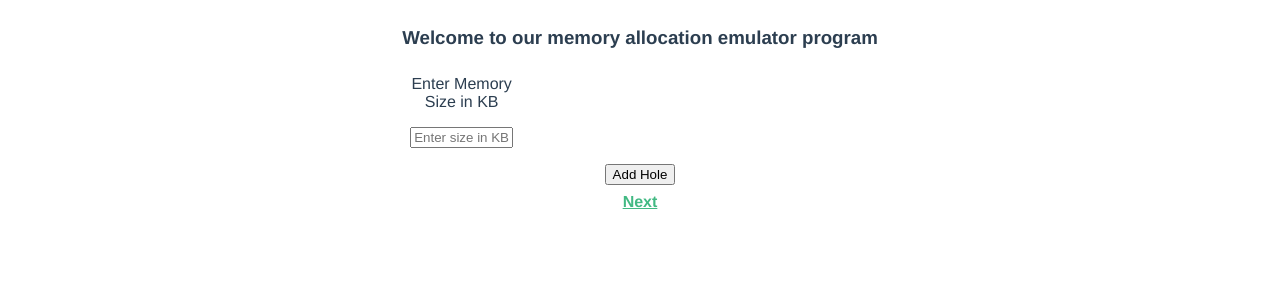
Repository: atout811/memory-allocation-project
Page: /
These files come from the project's save history. The page is drawn as it stood at one moment and after the next save; the edit follows.
The browser window is 1280 px wide. The pictures show the whole page.
The project was rebuilt for these pictures with package versions that can differ from the ones it lists, and the page was loaded fresh each time. Also part of the build but not shown: src/views/Process.vue, src/views/Methods.vue, src/views/Final.vue.

Above is the page before, as saved 2021-06-06 18:15:43.

### src/App.vue
<template>
  <transition name="fade">
    <router-view />
  </transition>
</template>
<script>
import MemHole from "./views/MemoryAndHoles.vue";
export default {
  name: "App",
  components: { MemHole },
};
</script>
<style lang="scss">
#app {
  font-family: Avenir, Helvetica, Arial, sans-serif;
  -webkit-font-smoothing: antialiased;
  -moz-osx-font-smoothing: grayscale;
  text-align: center;
  color: #2c3e50;
  display: flex;
  flex-direction: column;
  align-items: center;
}
a {
  font-weight: bold;
  color: #42b983;

  &.router-link-exact-active {
    color: #42b983;
  }
}
.fade-enter-active,
.fade-leave-active {
  transition: opacity 1s;
}
.fade-enter, .fade-leave-to /* .fade-leave-active below version 2.1.8 */ {
  opacity: 0;
}
</style>

### src/router/index.js
import { createRouter, createWebHashHistory } from "vue-router";
import Process from "../views/Process";
import MemoryAndHoles from "../views/MemoryAndHoles";
import Methods from "../views/Methods";
import Final from "../views/Final";

const routes = [
  {
    path: "/",
    name: "Home",
    component: MemoryAndHoles,
  },
  {
    path: "/process",
    name: "Process",
    component: Process,
  },
  {
    path: "/methods",
    name: "Methods",
    component: Methods,
  },
  {
    path: "/final",
    name: "Final",
    component: Final,
  },
];

const router = createRouter({
  history: createWebHashHistory(),
  routes,
});

export default router;

### src/store/index.js
import { createStore } from "vuex";

export default createStore({
  state: {
    input: {
      memSize: "",
      Holes: [],
      Processes: [],
      Method: "",
    },
  },
  mutations: {},
  actions: {},
  modules: {},
});

### src/views/MemoryAndHoles.vue
<template>
  <transition name="fade">
    <div>
      <h3>Welcome to our memory allocation emulator program</h3>
      <div class="memory">
        <span>Enter Memory Size in KB</span>
        <input
          type="text"
          placeholder="Enter size in KB"
          v-model="memorySize"
        />
      </div>
      <div class="holes">
        <input type="button" value="Add Hole" @click="handleClick" />
        <div v-for="(hole, index) in holes" :key="index">
          <span>Enter Hole start address</span>
          <input
            type="text"
            placeholder="Enter Start address"
            v-model="holes[index].starting"
          />
          <span>Enter Hole size</span>
          <input
            type="text"
            placeholder="Enter hole size"
            v-model="holes[index].size"
          />
        </div>
      </div>
      <router-link to="/process" @click="handleNext">Next</router-link>
    </div>
  </transition>
</template>
<script>
import store from "../store";
export default {
  name: "MemHole",
  store,
  data() {
    return {
      memorySize: "",
      holes: [],
    };
  },
  methods: {
    handleClick: function () {
      this.holes = [...this.holes, { starting: "", size: "" }];
      console.log(this.holes);
    },
    handleNext: function () {
      console.log(this.$store.state);
      this.$store.state.input.memSize = this.memorySize;
      this.$store.state.input.Holes = this.holes;
      console.log(this.$store.state);
    },
  },
};
</script>

<style scoped>
.memory {
  display: flex;
  flex-direction: column;
  max-width: 25%;
}
span {
  margin: 8px;
}
input {
  margin: 8px;
}
</style>

Loaded but not shown: public/index.html (common file); src/main.js (common file)

After the next save:
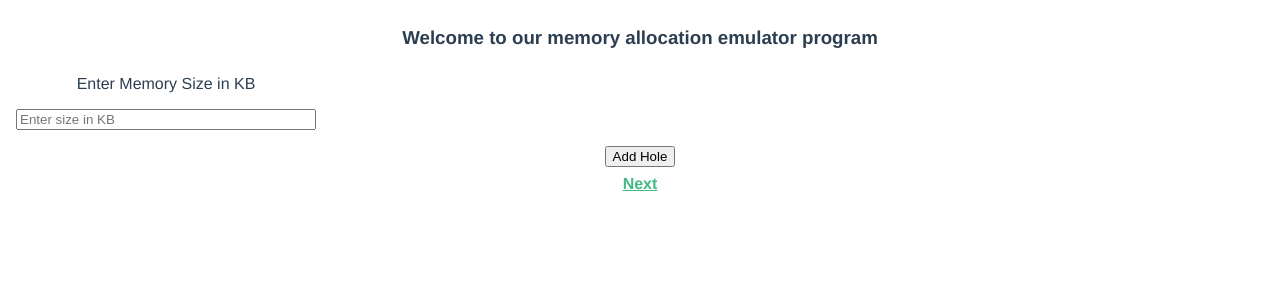
Saved 60 s later.
--- a/src/views/MemoryAndHoles.vue
+++ b/src/views/MemoryAndHoles.vue
@@ -1,6 +1,6 @@
 <template>
   <transition name="fade">
-    <div>
+    <div class="wrapper">
       <h3>Welcome to our memory allocation emulator program</h3>
       <div class="memory">
         <span>Enter Memory Size in KB</span>
@@ -58,6 +58,9 @@
 </script>
 
 <style scoped>
+.wrapper {
+  width: 100%;
+}
 .memory {
   display: flex;
   flex-direction: column;
